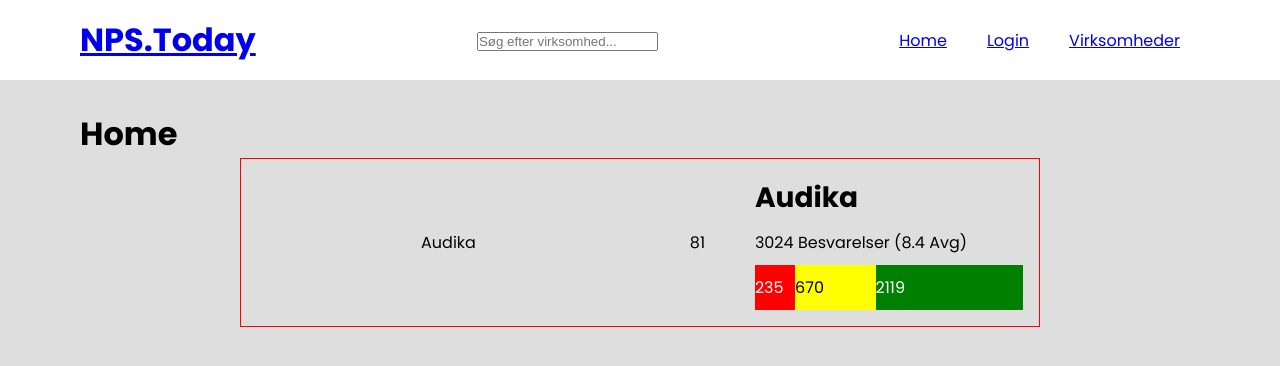
Repository: Shaydx/reviews
Page: /
An editor plug-in stored every save of this project. The page is shown before and after the next save, followed by the edit.
The browser window is 1280 px wide. The pictures show the whole page.
The project was rebuilt for these pictures with package versions that can differ from the ones it lists, and the page was loaded fresh each time.

Above is the page before, as saved 2020-10-13 16:42:09.

### public/index.html
<!DOCTYPE html>
<html lang="en">

<head>
  <meta charset="utf-8" />
  <link rel="icon" href="%PUBLIC_URL%/favicon.ico" />
  <meta name="viewport" content="width=device-width, initial-scale=1" />
  <meta name="theme-color" content="#000000" />
  <meta name="description" content="Web site created using create-react-app" />
  <link rel="apple-touch-icon" href="%PUBLIC_URL%/logo192.png" />
  <!--
      manifest.json provides metadata used when your web app is installed on a
      user's mobile device or desktop. See https://developers.google.com/web/fundamentals/web-app-manifest/
    -->
  <link rel="manifest" href="%PUBLIC_URL%/manifest.json" />
  <!--
      Notice the use of %PUBLIC_URL% in the tags above.
      It will be replaced with the URL of the `public` folder during the build.
      Only files inside the `public` folder can be referenced from the HTML.

      Unlike "/favicon.ico" or "favicon.ico", "%PUBLIC_URL%/favicon.ico" will
      work correctly both with client-side routing and a non-root public URL.
      Learn how to configure a non-root public URL by running `npm run build`.
    -->
  <title>NPS.Today - Reviews</title>
</head>

<body>
  <noscript>You need to enable JavaScript to run this app.</noscript>
  <div id="root"></div>
  <!--
      This HTML file is a template.
      If you open it directly in the browser, you will see an empty page.

      You can add webfonts, meta tags, or analytics to this file.
      The build step will place the bundled scripts into the <body> tag.

      To begin the development, run `npm start` or `yarn start`.
      To create a production bundle, use `npm run build` or `yarn build`.
    -->
</body>

</html>

### src/index.css
@import url("https://fonts.googleapis.com/css2?family=Poppins:wght@300;400;700&display=swap");

* {
  margin: 0;
  padding: 0;
  box-sizing: border-box;
}

body {
  max-width: 1440px;
  margin: 0 auto;
  font-family: "Poppins", sans-serif;
}

### src/App.js
import React from "react";
import { BrowserRouter as Router } from "react-router-dom";

// Styling
import "./assets/app.scss";

// Components
import Header from "./components/Header/Header";

// Routing
import Content from "./components/Routing/Routing";

function App() {
  return (
    <Router>
      <Header />
      <main>
        <Content />
      </main>
    </Router>
  );
}

export default App;

### src/assets/app.scss
// Abstracts
@import "./abstracts/variables";
@import "./abstracts/functions";

// Global
@import "./base/global";

// Partials
@import "./partials/header";

// Components
@import "./components/navbar";
@import "./components/analytics";

### src/components/Header/Header.js
import React from "react";

// Components
import Logo from "./Logo/Logo";
import Search from "./Search/Search";
import NavBar from "./Navbar/Navbar";

// Pages

const Header = () => {
  return (
    <div className="header-container">
      <Logo />
      <Search />
      <NavBar />
    </div>
  );
};

export default Header;

### src/components/Routing/Routing.js
import React from "react";
import { Switch, Route } from "react-router-dom";

// Pages
import Home from "../../pages/Home";

const Routing = () => {
  return (
    <Switch>
      <Route exact path={["/", "/home"]} component={Home} />
    </Switch>
  );
};

export default Routing;

### src/assets/abstracts/_variables.scss
// Colors
$red: #d62725;
$yellow: #fdc619;
$green: #00a46e;
$black: #3c3c3c;
$white: #ffffff;

$primary: $red;
$secondary: $green;

$margin: 30px 80px;

### src/assets/abstracts/_functions.scss
html {
  background: #dedede;
}

### src/assets/base/_global.scss
main {
  margin: $margin;
}

.container {
}

### src/assets/partials/_header.scss
.header-container {
  display: flex;
  justify-content: space-between;
  align-items: center;

  background: $white;
  padding: 1rem 80px;
}

### src/assets/components/_navbar.scss
nav {
  display: flex !important;
  background: #fff;

  ul {
    list-style: none;
    display: flex;
    flex-wrap: wrap;
    justify-content: space-between;
    justify-self: flex-end;
    align-items: center;

    li {
      list-style: none;
      padding: 10px 20px;
    }
  }
}

### src/assets/components/_analytics.scss
#analytics {
  display: grid;
  grid-template-columns: 1fr 1fr;
  grid-template-areas: "Logo Analytics";

  width: 800px;
  padding: 1rem;
  margin: 0 auto;
  border: 1px solid red;

  .logo {
    grid-area: Logo;
    align-self: center;
    justify-self: center;
  }

  .analytics {
    display: grid;
    grid-template-columns: 30% 70%;
    grid-template-rows: 1fr 1fr 1fr;
    gap: 0px 0px;
    grid-template-areas:
      "Gauge Name"
      "Gauge total-respondents"
      "Gauge spread";
    grid-area: Analytics;

    .gauge {
      grid-area: Gauge;
      align-self: center;
      justify-self: center;
    }

    .name {
      grid-area: Name;
      align-self: center;
      font-size: 28px;
      font-weight: 700;
    }

    .total-respondents {
      grid-area: total-respondents;
      align-self: center;
    }

    .spread {
      display: grid;
      grid-template-columns: 15% 30% 55%;
      grid-template-rows: 1fr;
      grid-template-areas: "detractors passive promoters";
      grid-area: spread;

      .detractors {
        grid-area: detractors;
        background: red;
        color: white;
        padding: 10px 0;
      }
      .passive {
        grid-area: passive;
        background: yellow;
        padding: 10px 0;
      }
      .promoters {
        grid-area: promoters;
        background: green;
        color: white;
        padding: 10px 0;
      }
    }
  }
}

### src/components/Header/Logo/Logo.js
import React from "react";
import { Link } from "react-router-dom";

function Logo() {
  return (
    <div className="logo">
      <Link to="/">
        <h1>NPS.Today</h1>
      </Link>
    </div>
  );
}

export default Logo;

### src/components/Header/Search/Search.js
import React from "react";

const Search = () => {
  return (
    <div className="search">
      <input
        type="search"
        name="search"
        id="search"
        placeholder="Søg efter virksomhed..."
      />
    </div>
  );
};

export default Search;

### src/components/Header/Navbar/Navbar.js
import React from "react";
import { NavLink } from "react-router-dom";

function Navbar() {
  return (
    <nav className="navigation">
      <ul className="menu">
        <li className="menu-item">
          <NavLink to="/" activeClassName="current-menu-item">
            Home
          </NavLink>
        </li>
        <li className="menu-item">
          <NavLink to="/login" activeClassName="current-menu-item">
            Login
          </NavLink>
        </li>
        <li className="menu-item">
          <NavLink to="/virksomheder" activeClassName="current-menu-item">
            Virksomheder
          </NavLink>
        </li>
      </ul>
    </nav>
  );
}

export default Navbar;

### src/pages/Home.js
import React from "react";

// Components
import Analytics from "../components/Analytics/Analytics";

const Home = () => {
  return (
    <div className="container">
      <h1>Home</h1>
      <Analytics />
    </div>
  );
};

export default Home;

### src/components/Analytics/Analytics.js
import React from "react";

const Analytics = () => {
  return (
    <div id="analytics" className="container">
      <div className="logo">Audika</div>
      <div className="analytics">
        <div className="gauge">
          <span>81</span>
        </div>
        <div className="name">Audika</div>
        <div className="total-respondents">
          3024 Besvarelser
          <span className="avg"> (8.4 Avg)</span>
        </div>
        <div className="spread">
          <div className="detractors">235</div>
          <div className="passive">670</div>
          <div className="promoters">2119</div>
        </div>
      </div>
    </div>
  );
};

export default Analytics;

Loaded but not shown: src/index.js (common file); src/serviceWorker.js (common file)

After the next save:
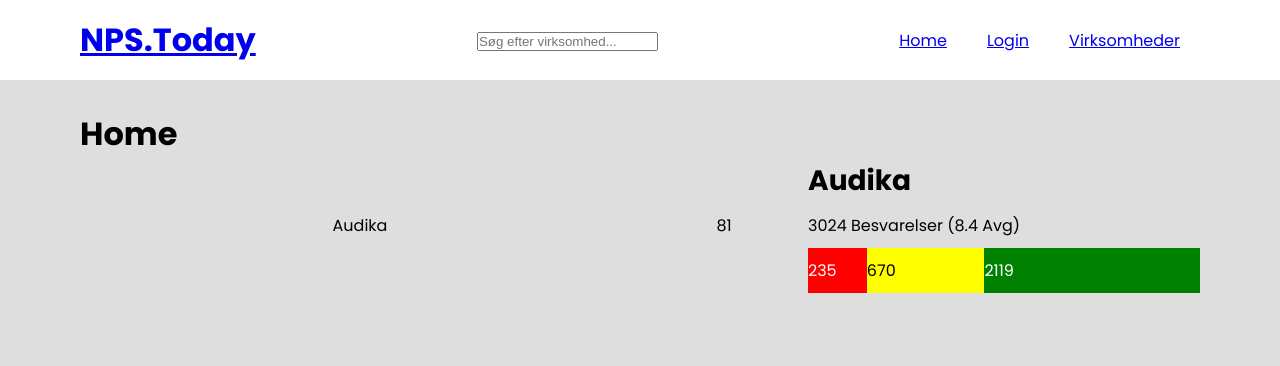
Saved 64 s later.
--- a/src/assets/components/_analytics.scss
+++ b/src/assets/components/_analytics.scss
@@ -2,11 +2,6 @@
   display: grid;
   grid-template-columns: 1fr 1fr;
   grid-template-areas: "Logo Analytics";
-
-  width: 800px;
-  padding: 1rem;
-  margin: 0 auto;
-  border: 1px solid red;
 
   .logo {
     grid-area: Logo;
